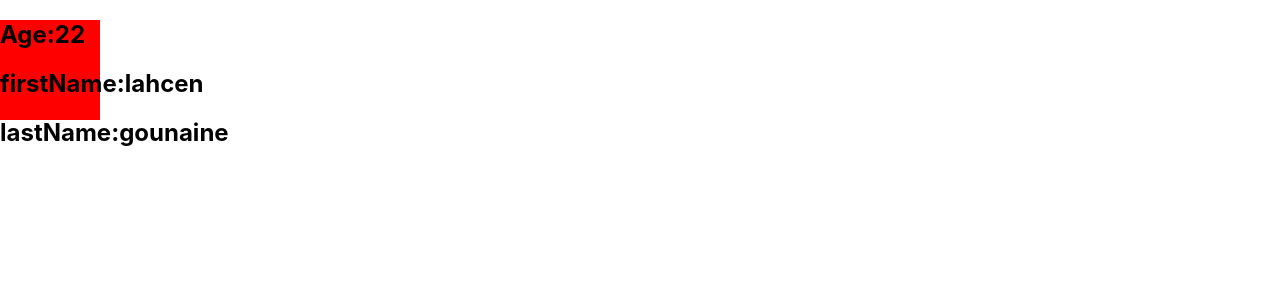
Repository: gounaine/Add_candidat
Page: /
These files come from the project's save history. The page is drawn as it stood at one moment and after the next save; the edit follows.
The browser window is 1280 px wide. The pictures show the whole page.
The project was rebuilt for these pictures with package versions that can differ from the ones it lists, and the page was loaded fresh each time.

Above is the page before, as saved 2024-05-26 19:35:30.

After the next save:
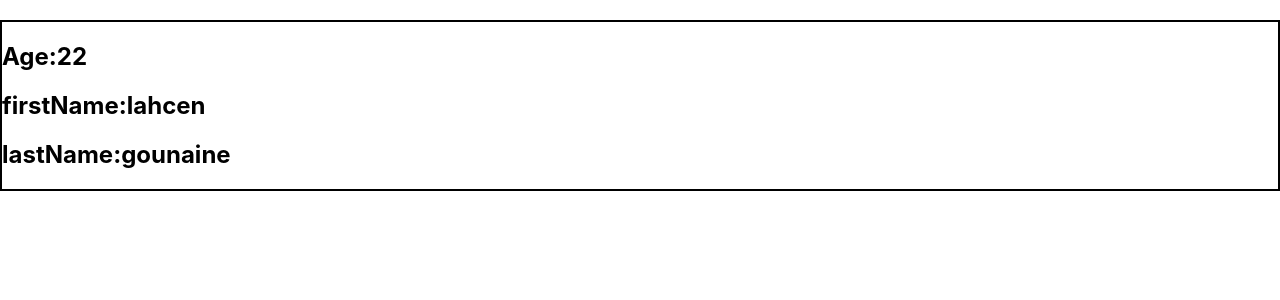
Saved 78 s later.
--- a/src/App.css
+++ b/src/App.css
@@ -38,7 +38,10 @@
 }
 
 .Card{
-  width: 100px;
-  height: 100px;
-  background-color:red;
+  border: 2px solid black;
 }
+.card>h2{
+  font-size: 10px;
+  font-family: monospace;
+
+}
